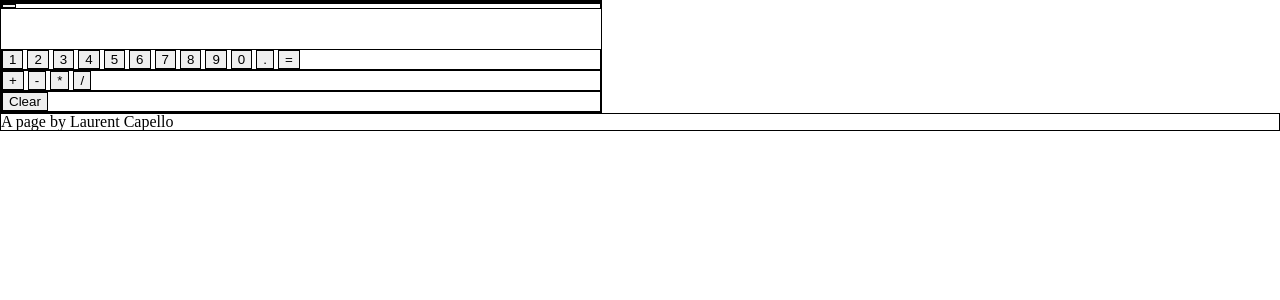
Repository: sokafootball/js-calculator
Page: index.html
The author's editor kept a copy of each file at every save. The page is drawn from the files as they stood at one save, then again after the next save.
The browser window is 1280 px wide. The pictures show the whole page.

Above is the page before, as saved 2020-04-25 11:41:18.

After the next save:
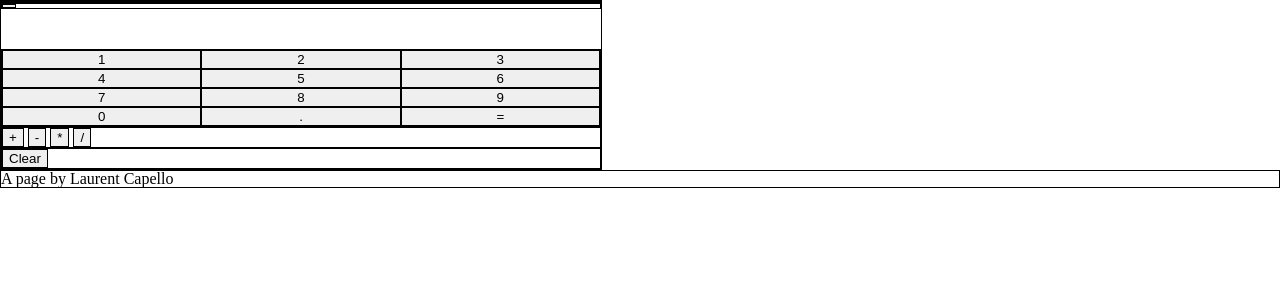
Saved 53 s later.
--- a/style.css
+++ b/style.css
@@ -33,7 +33,10 @@
 }
 
 #numpad{
+  display: grid;
   grid-area: numpad;
+  grid-template-columns: repeat(3, 1fr);
+  grid-template-rows: repeat(4, 1fr);
 }
 
 #operators{
